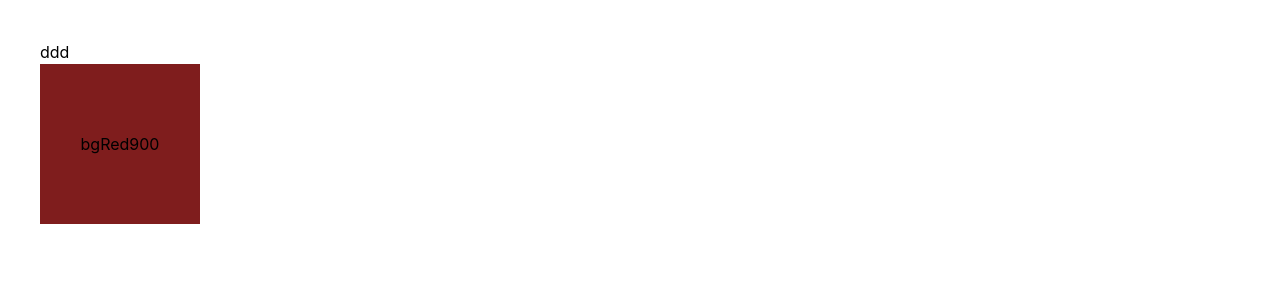
Repository: wogml3270/react-test-server
Page: /
The author's editor kept a copy of each file at every save. The page is drawn from the files as they stood at one save, then again after the next save.
The browser window is 1280 px wide. The pictures show the whole page.
The project was rebuilt for these pictures with package versions that can differ from the ones it lists, and the page was loaded fresh each time. Also part of the build but not shown: src/App.css.

Above is the page before, as saved 2022-08-13 18:29:33.

### src/index.js
import React from 'react';
import ReactDOM from 'react-dom/client';
import './index.css';
import App from './App';
import reportWebVitals from './reportWebVitals';
import './tailwind.css';

const root = ReactDOM.createRoot(document.getElementById('root'));
root.render(
  <React.StrictMode>
    <App />
  </React.StrictMode>
);

// If you want to start measuring performance in your app, pass a function
// to log results (for example: reportWebVitals(console.log))
// or send to an analytics endpoint. Learn more: https://bit.ly/CRA-vitals
reportWebVitals();

### src/App.js

import './App.css';

function App() {
  return (
    <>
      <div className="m-10">
        <div className="caret-cyan-400 w-full h-full">ddd</div>
        <h1 className="bg-red-900 h-40 w-40 flex justify-center items-center">bgRed900</h1>
      </div>
    </>
  );
}

export default App;

### src/tailwind.css
/* src/tailwind.css */

@tailwind base;
@tailwind components;
@tailwind utilities;

### tailwind.config.js
// tailwindcss.config.js

module.exports = {
    content: ['./src/**/*.{js,jsx,ts,tsx}', './public/index.html'],
    theme: {
        extend: {},
    },
    plugins: [],
};

Loaded but not shown: public/index.html (common file); src/index.css (common file); src/reportWebVitals.js (common file)

After the next save:
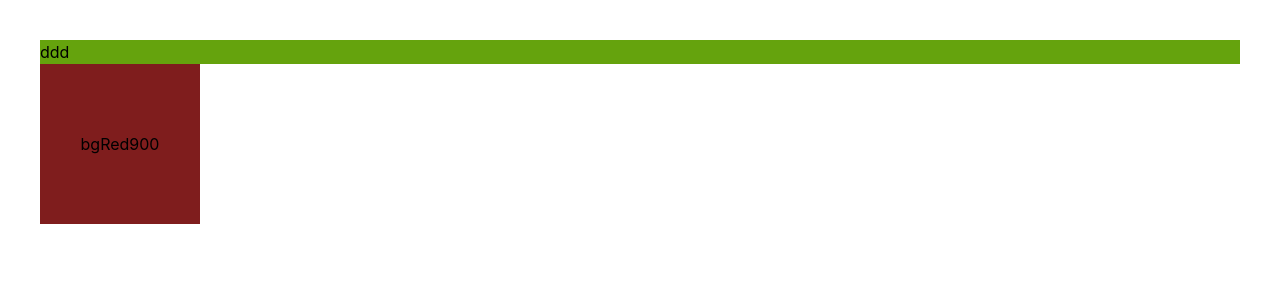
Saved 44 s later.
--- a/src/App.js
+++ b/src/App.js
@@ -5,7 +5,7 @@ function App() {
   return (
     <>
       <div className="m-10">
-        <div className="caret-cyan-400 w-full h-full">ddd</div>
+        <div className="w-full h-full bg-lime-600">ddd</div>
         <h1 className="bg-red-900 h-40 w-40 flex justify-center items-center">bgRed900</h1>
       </div>
     </>
